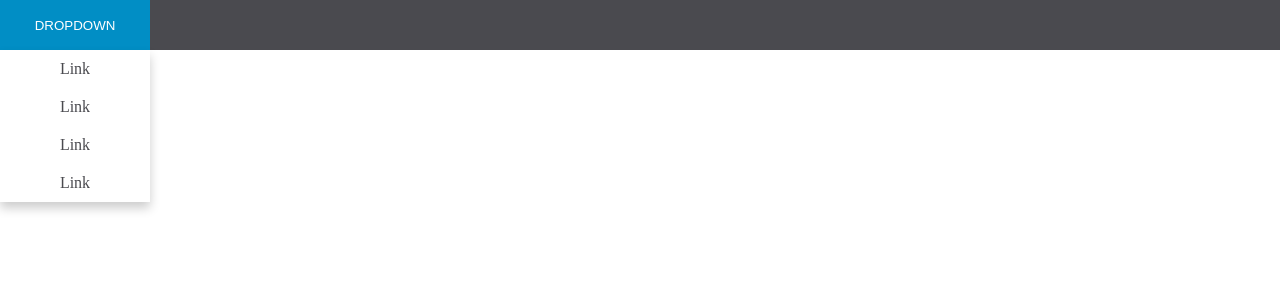
Repository: MariaPSegarra/Testing-Responsive
Page: index.html
The author's editor kept a record of every edit. The page is drawn from the files as they stood at one moment, then again after the next edit.
The browser window is 1280 px wide. The pictures show the whole page.

Above is the page before.

### index.html
<!DOCTYPE html>
<html lang="en">
<head>
    <meta charset="UTF-8">
    <meta name="viewport" content="width=device-width, initial-scale=1.0">
    <meta http-equiv="X-UA-Compatible" content="ie=edge">
<link rel="stylesheet" href="main.css" type="text/css" />
    <title>Document</title>
</head>
<body>
   <nav class="navDefault">
    <div class="dropdown">
    <button>Dropdown</button>
    <!-- ul.dropdownMenu>li.dropdownLink*4>a.dropdownlink{link} press Tab-->
        <ul class="dropdownMenu">
            <li class="dropdownItem"><a href="" class="dropdownLink">Link</a></li>
            <li class="dropdownItem"><a href="" class="dropdownLink">Link</a></li>
            <li class="dropdownItem"><a href="" class="dropdownLink">Link</a></li>
            <li class="dropdownItem"><a href="" class="dropdownLink">Link</a></li>
        </ul>
        </div>
     </nav>
</body>
</html>

### main.css
.navDefault {
    position: fixed;
    top: 0;
    left: 0;
    right: 0;
    background-color: #4a4a4f;
}

button {
    border: none;
    background-color: #0997d3;
    width: 150px;
    height: 50px;
    color: #fff;
    text-transform: uppercase;
    cursor: pointer;
}

.dropdownMenu{
    list-style: none;
    margin:0;
    padding: 0;
    position: absolute;
    left: 0;
    right: 0;
    top: 50px;
    width: 150px;
    text-align: center;
    box-shadow: 0px 6px 10px 0px rgba(0, 0, 0, 0.2);
}

.dropdownLink {
    text-decoration: none;
    display: block;
    background-color: f9f9f9;
    color: #4a4a4f;
    padding: 10px 5px;
    transition: background-color .5s, ease-in-out, color .5s;
}

.dropdownLink:hover {
    color: #fff;
    background-color: #a0a0a3;
}

.dropdown {
    width: 150px;
    position: relative;
}

.dropdown:hover button {
    background-color: #018ec5;
}

After the next edit:
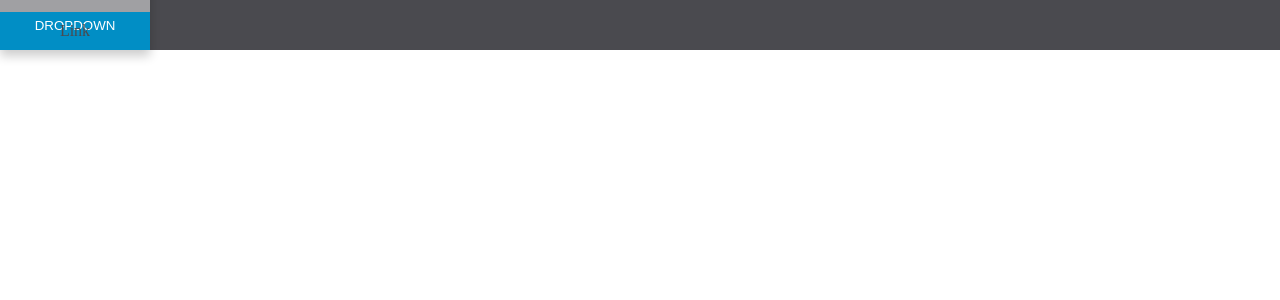
The edit:
--- a/main.css
+++ b/main.css
@@ -27,6 +27,7 @@
     width: 150px;
     text-align: center;
     box-shadow: 0px 6px 10px 0px rgba(0, 0, 0, 0.2);
+    transform: translateY(-100%); /*It'll be hidden if you use a negative number*/
 }
 
 .dropdownLink {
